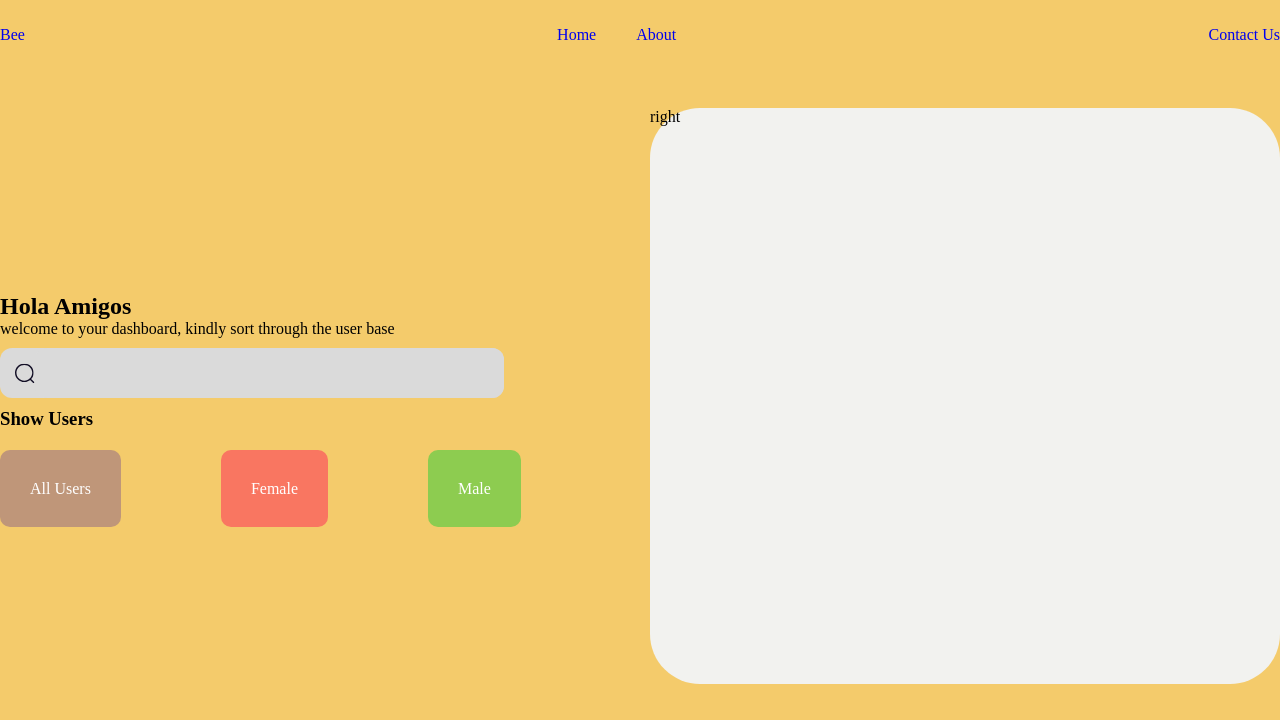
Repository: ble-syn/Random-user-generator-app
Page: /
These files come from the project's save history. The page is drawn as it stood at one moment and after the next save; the edit follows.
The browser window is 1280 px wide. The pictures show the whole page.
The project was rebuilt for these pictures with package versions that can differ from the ones it lists, and the page was loaded fresh each time. Also part of the build but not shown: src/pages/About.jsx, src/pages/Policy.jsx, src/pages/Terms.jsx, src/pages/Contact.jsx, src/pages/NotFound.jsx.

Above is the page before, as saved 2022-10-26 01:17:37.

After the next save:
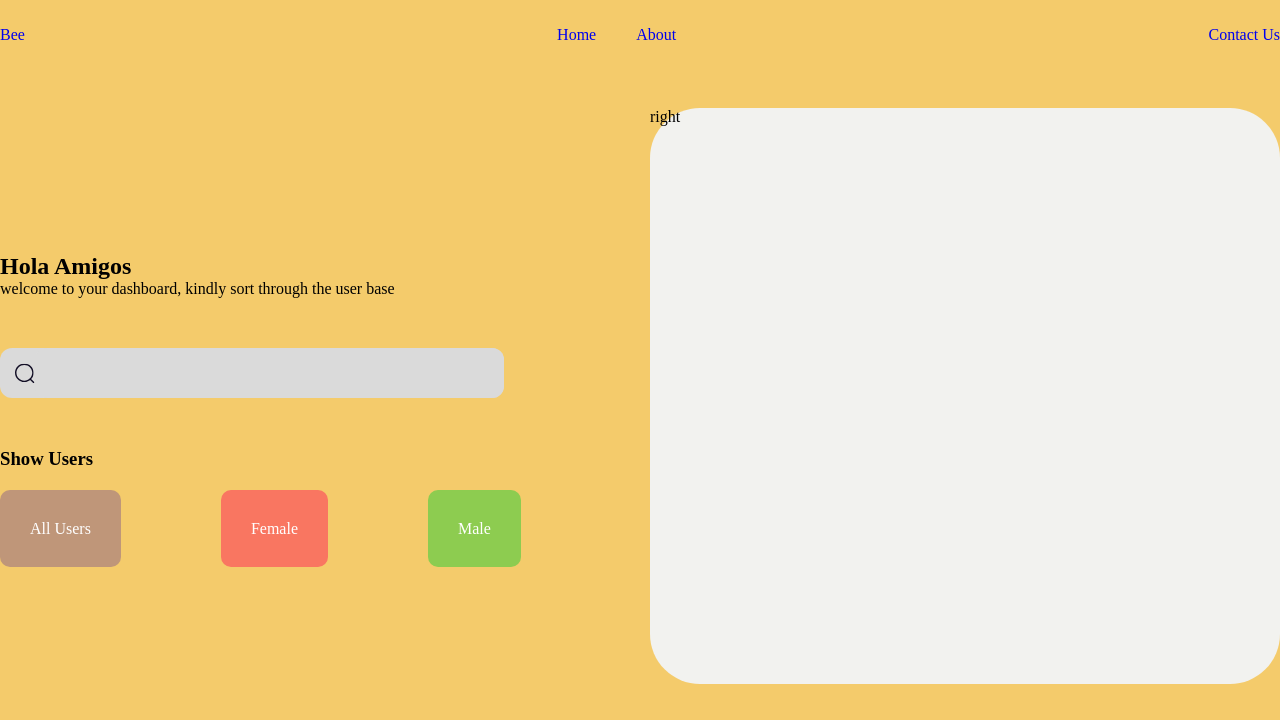
Saved 9 s later.
--- a/src/index.css
+++ b/src/index.css
@@ -43,7 +43,7 @@ nav {
   display: flex;
   place-items: center;
   padding-left: 15px;
-  margin: 10px 0;
+  margin: 50px 0;
 }
 input {
   border: none;
